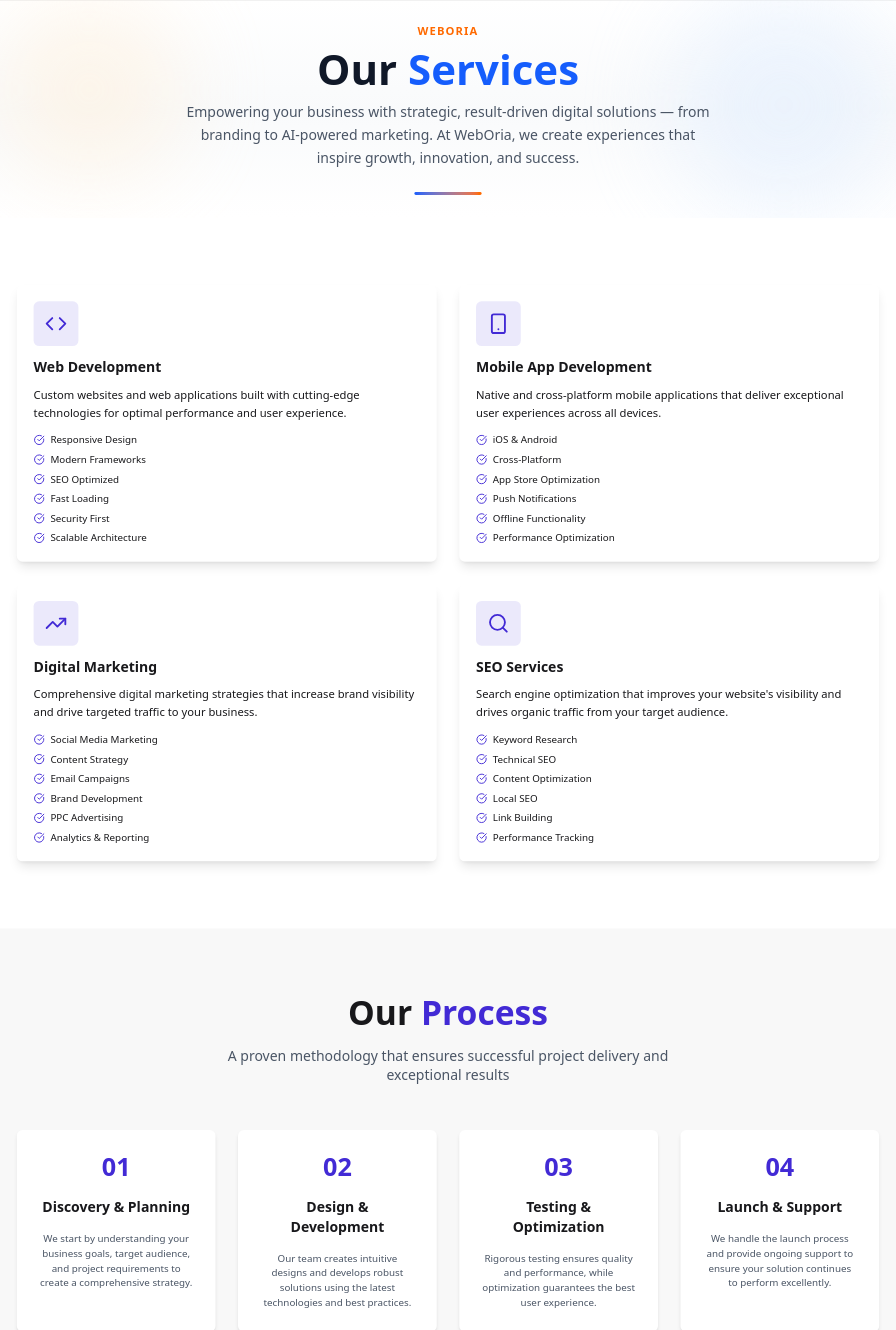
Repository: mdmuhibullahhabib/weboria
Page: /services
The author's editor kept a copy of each file at every save. The page is drawn from the files as they stood at one save, then again after the next save.
The browser window is 1280 px wide. The pictures show the part of the page from y = 589 to 2489 px (the page is 4562 px tall before and 4252 px after), at 70% of full size.
The project was rebuilt for these pictures with package versions that can differ from the ones it lists, and the page was loaded fresh each time. The framework's server and built-in components were replaced by stand-ins that run in the browser. Also part of the build but not shown: next.config.mjs, src/app/services/components/Hero.jsx.

Above is the page before, as saved 2025-10-07 16:55:21.

### src/app/layout.js
import { Geist, Geist_Mono } from "next/font/google";
import "./globals.css";
import Navbar from "@/components/Navbar";
import Footer from "@/components/Footer";
import { Toaster } from "react-hot-toast";
import CustomCursor from "@/components/CustomCursor";

const geistSans = Geist({
  variable: "--font-geist-sans",
  subsets: ["latin"],
});

const geistMono = Geist_Mono({
  variable: "--font-geist-mono",
  subsets: ["latin"],
});

export const metadata = {
  title: "Weboria",
  description: "Digital Marketing Agency",
  icons: "/favicon.ico",
};

export default function RootLayout({ children }) {
  return (
    <html lang="en">
      <body
        className={`${geistSans.variable} ${geistMono.variable} antialiased`}
      >
        <CustomCursor />
        <Navbar />
        <Toaster />
        {children}
        <Footer />
      </body>
    </html>
  );
}

### src/app/services/page.jsx
"use client";
import { Code, Smartphone, TrendingUp, Search, CheckCircle } from 'lucide-react';
import CTASection from '../Home/components/CTASection';
import Service from '../Home/components/Service';
import { motion } from "framer-motion";
import Hero from './components/Hero';

export default function ServicesPage() {
  const services = [
    {
      icon: Code,
      title: "Web Development",
      description: "Custom websites and web applications built with cutting-edge technologies for optimal performance and user experience.",
      features: ["Responsive Design", "Modern Frameworks", "SEO Optimized", "Fast Loading", "Security First", "Scalable Architecture"]
    },
    {
      icon: Smartphone,
      title: "Mobile App Development",
      description: "Native and cross-platform mobile applications that deliver exceptional user experiences across all devices.",
      features: ["iOS & Android", "Cross-Platform", "App Store Optimization", "Push Notifications", "Offline Functionality", "Performance Optimization"]
    },
    {
      icon: TrendingUp,
      title: "Digital Marketing",
      description: "Comprehensive digital marketing strategies that increase brand visibility and drive targeted traffic to your business.",
      features: ["Social Media Marketing", "Content Strategy", "Email Campaigns", "Brand Development", "PPC Advertising", "Analytics & Reporting"]
    },
    {
      icon: Search,
      title: "SEO Services",
      description: "Search engine optimization that improves your website's visibility and drives organic traffic from your target audience.",
      features: ["Keyword Research", "Technical SEO", "Content Optimization", "Local SEO", "Link Building", "Performance Tracking"]
    }
  ];

  const process = [
    {
      step: "01",
      title: "Discovery & Planning",
      description: "We start by understanding your business goals, target audience, and project requirements to create a comprehensive strategy."
    },
    {
      step: "02",
      title: "Design & Development",
      description: "Our team creates intuitive designs and develops robust solutions using the latest technologies and best practices."
    },
    {
      step: "03",
      title: "Testing & Optimization",
      description: "Rigorous testing ensures quality and performance, while optimization guarantees the best user experience."
    },
    {
      step: "04",
      title: "Launch & Support",
      description: "We handle the launch process and provide ongoing support to ensure your solution continues to perform excellently."
    }
  ];

  const benefits = [
    "Dedicated project manager",
    "Regular progress updates",
    "Quality assurance testing",
    "Post-launch support",
    "Scalable solutions",
    "Modern technologies"
  ];

  return (
    <div className="min-h-screen">
          <section
        className="relative bg-cover bg-center text-white py-32"
        style={{
            backgroundImage:
                "linear-gradient(rgba(0,0,0,0.6),rgba(0,0,0,0.6)),url('https://images.unsplash.com/photo-1519389950473-47ba0277781c?auto=format&fit=crop&w=1200&q=80')",
        }}
    >
        <div className="max-w-6xl mx-auto px-6 text-center">
            <h1 className="text-5xl md:text-7xl font-extrabold mb-6 leading-tight">
                Empowering Brands with <br /> Impactful Digital Services
            </h1>
            <p className="text-xl text-gray-200 max-w-3xl mx-auto">
                From strategy to execution, we deliver modern digital solutions that
                accelerate your business growth and brand impact.
            </p>
        </div>
    </section>

     <section className="py-8 bg-gradient-to-b from-white via-gray-50 to-white relative overflow-hidden">
      {/* Decorative Background Blobs */}
      <div className="absolute top-0 left-0 w-64 h-64 bg-orange-100 rounded-full blur-3xl opacity-40 animate-pulse"></div>
      <div className="absolute bottom-0 right-0 w-80 h-80 bg-blue-100 rounded-full blur-3xl opacity-40 animate-pulse"></div>

      {/* Main Content */}
      <div className="relative max-w-7xl mx-auto px-6 text-center">
        <motion.p
          initial={{ opacity: 0, y: 20 }}
          whileInView={{ opacity: 1, y: 0 }}
          transition={{ duration: 0.6 }}
          className="text-orange-500 font-semibold tracking-widest uppercase mb-3"
        >
          WebOria
        </motion.p>

        <motion.h1
          initial={{ opacity: 0, y: 30 }}
          whileInView={{ opacity: 1, y: 0 }}
          transition={{ duration: 0.8 }}
          className="text-4xl md:text-6xl font-extrabold text-gray-900 mb-4"
        >
          Our <span className="text-blue-600">Services</span>
        </motion.h1>

        <motion.p
          initial={{ opacity: 0, y: 20 }}
          whileInView={{ opacity: 1, y: 0 }}
          transition={{ delay: 0.2, duration: 0.7 }}
          className="text-gray-600 text-lg md:text-xl max-w-3xl mx-auto leading-relaxed"
        >
          Empowering your business with strategic, result-driven digital
          solutions — from branding to AI-powered marketing. At WebOria, we
          create experiences that inspire growth, innovation, and success.
        </motion.p>

        <motion.div
          initial={{ scaleX: 0 }}
          whileInView={{ scaleX: 1 }}
          transition={{ delay: 0.4, duration: 0.8 }}
          className="w-24 h-1 bg-gradient-to-r from-blue-600 to-orange-500 mx-auto mt-8 rounded-full origin-left"
        />
      </div>
    </section>

      {/* Services Grid */}
      <section className="py-24 bg-base-100">
        <div className="max-w-7xl mx-auto px-6 grid grid-cols-1 md:grid-cols-2 gap-8">
          {services.map((service, index) => (
            <Service key={index} {...service} />
          ))}
        </div>
      </section>

      {/* Process Section */}
      <section className="py-24 bg-base-200">
        <div className="max-w-7xl mx-auto px-6">
          <div className="text-center mb-16">
            <h2 className="text-3xl md:text-5xl font-bold mb-6">
              Our <span className="text-primary">Process</span>
            </h2>
            <p className="text-lg md:text-xl text-gray-600 max-w-2xl mx-auto">
              A proven methodology that ensures successful project delivery and exceptional results
            </p>
          </div>

          <div className="grid grid-cols-1 md:grid-cols-2 lg:grid-cols-4 gap-8">
            {process.map((item, index) => (
              <div
                key={index}
                className="card bg-base-100 shadow-md hover:shadow-xl transition text-center"
                data-testid={`card-process-${item.step}`}
              >
                <div className="card-body p-8">
                  <div className="text-4xl font-bold text-primary mb-4">{item.step}</div>
                  <h3 className="text-xl font-semibold mb-3">{item.title}</h3>
                  <p className="text-gray-600">{item.description}</p>
                </div>
              </div>
            ))}
          </div>
        </div>
      </section>

      {/* Benefits Section */}
      <section className="py-24 bg-base-100">
        <div className="max-w-7xl mx-auto px-6 grid lg:grid-cols-2 gap-16 items-center">
          <div>
            <h2 className="text-3xl md:text-4xl font-bold mb-6">
              Why Choose <span className="text-primary">Weboria</span>?
            </h2>
            <p className="text-lg text-gray-600 mb-8">
              We're not just another digital agency. We're your partners in success,
              committed to delivering solutions that drive real business results.
            </p>

            <div className="space-y-4">
              {benefits.map((benefit, index) => (
                <div key={index} className="flex items-center">
                  <CheckCircle className="w-6 h-6 text-secondary mr-3" />
                  <span className="text-gray-800 font-medium">{benefit}</span>
                </div>
              ))}
            </div>
          </div>

          <div className="grid grid-cols-2 gap-6">
            <div className="p-6 bg-white rounded-lg shadow text-center">
              <div className="text-3xl font-bold text-primary mb-2">500+</div>
              <p className="text-gray-600">Projects Delivered</p>
            </div>
            <div className="p-6 bg-white rounded-lg shadow text-center">
              <div className="text-3xl font-bold text-primary mb-2">99%</div>
              <p className="text-gray-600">Client Satisfaction</p>
            </div>
            <div className="p-6 bg-white rounded-lg shadow text-center">
              <div className="text-3xl font-bold text-primary mb-2">5+</div>
              <p className="text-gray-600">Years Experience</p>
            </div>
            <div className="p-6 bg-white rounded-lg shadow text-center">
              <div className="text-3xl font-bold text-primary mb-2">24/7</div>
              <p className="text-gray-600">Support Available</p>
            </div>
          </div>
        </div>
      </section>

      {/* CTA Section */}
      <CTASection
        title="Ready to Get Started?"
        subtitle="Let's discuss your project and create a solution that drives your business forward."
        primaryButtonText="Start Your Project"
        secondaryButtonText="Get Free Consultation"
        onPrimaryClick={() => console.log('Navigate to contact form')}
        onSecondaryClick={() => console.log('Schedule free consultation')}
      />
    </div>
  );
}

### src/components/CustomCursor.jsx
"use client"
import { useEffect, useState } from "react";

export default function CustomCursor() {
  const [position, setPosition] = useState({ x: 0, y: 0 });

  useEffect(() => {
    const handleMouseMove = (e) => {
      setPosition({ x: e.clientX, y: e.clientY });
    };

    window.addEventListener("mousemove", handleMouseMove);
    return () => window.removeEventListener("mousemove", handleMouseMove);
  }, []);

  return (
    <div
      className="fixed top-0 left-0 w-3 h-3 bg-red-500 rounded-full pointer-events-none z-[9999] transition-transform duration-100 ease-linear"
      style={{
        transform: `translate(${position.x - 6}px, ${position.y - 6}px)`,
      }}
    ></div>
  );
}

### src/app/Home/components/CTASection.jsx
import { ArrowRight, CheckCircle } from "lucide-react";

export default function CTASection({
  title = "Ready to Transform Your Digital Presence?",
  subtitle = "Join hundreds of successful businesses that trust Weboria to deliver exceptional digital solutions.",
  benefits = [
    "Free consultation and project planning",
    "Dedicated project manager",
    "30-day money-back guarantee",
    "Ongoing support and maintenance",
  ],
  primaryButtonText = "Start Your Project",
  secondaryButtonText = "Schedule a Call",
  onPrimaryClick,
  onSecondaryClick,
}) {
  const handlePrimaryClick = () => {
    console.log("Primary CTA clicked");
    onPrimaryClick?.();
  };

  const handleSecondaryClick = () => {
    console.log("Secondary CTA clicked");
    onSecondaryClick?.();
  };

  return (
    <section className="py-24 bg-gradient-to-br from-primary to-secondary">
      <div className="max-w-7xl mx-auto px-4 sm:px-6 lg:px-8">
        <div className="max-w-4xl mx-auto text-center">
          {/* Title */}
          <h2 className="text-3xl md:text-4xl lg:text-5xl font-bold text-white mb-6">
            {title}
          </h2>

          {/* Subtitle */}
          <p className="text-xl text-white/90 mb-8 max-w-2xl mx-auto leading-relaxed">
            {subtitle}
          </p>

          {/* Benefits List */}
          <div className="grid grid-cols-1 md:grid-cols-2 gap-4 mb-12 max-w-2xl mx-auto">
            {benefits.map((benefit, index) => (
              <div key={index} className="flex items-center text-white/90">
                <CheckCircle className="w-5 h-5 text-accent mr-3 flex-shrink-0" />
                <span>{benefit}</span>
              </div>
            ))}
          </div>

          {/* CTA Buttons */}
          <div className="flex flex-col sm:flex-row gap-4 justify-center items-center">
            {/* Primary Button */}
            <button
              className="btn btn-primary flex items-center px-8 py-4 text-lg"
              onClick={handlePrimaryClick}
              data-testid="button-cta-primary"
            >
              {primaryButtonText}
              <ArrowRight className="ml-2 w-5 h-5" />
            </button>

            {/* Secondary Button */}
            <button
              className="btn btn-outline btn-white flex items-center px-8 py-4 text-lg"
              onClick={handleSecondaryClick}
              data-testid="button-cta-secondary"
            >
              {secondaryButtonText}
            </button>
          </div>
        </div>
      </div>
    </section>
  );
}

### src/app/Home/components/Service.jsx

import { CheckCircle } from "lucide-react";

// Service card component
export default function Service({ icon: Icon, title, description, features = [] }) {
  return (
    <div className="h-full bg-base-100 shadow-lg rounded-lg p-6 flex flex-col transition-all duration-300 hover:scale-105 hover:shadow-xl">
      {/* Icon */}
      {Icon && (
        <div className="flex items-center justify-center w-16 h-16 bg-primary/10 rounded-lg mb-4">
          <Icon className="w-8 h-8 text-primary" />
        </div>
      )}

      {/* Title */}
      <h3 className="text-xl font-semibold mb-3 text-foreground">{title}</h3>

      {/* Description */}
      <p className="text-muted-foreground mb-4 leading-relaxed">{description}</p>

      {/* Features */}
      {features.length > 0 && (
        <ul className="space-y-2 mt-auto">
          {features.map((feature, index) => (
            <li key={index} className="flex items-center text-sm text-muted-foreground">
              <CheckCircle className="w-4 h-4 text-primary mr-2 flex-shrink-0" />
              {feature}
            </li>
          ))}
        </ul>
      )}
    </div>
  );
}

### src/components/Button.jsx
// Button.jsx
"use client";

import { ArrowBigRight } from "lucide-react";
import Link from "next/link";

export default function Button({ text, href = "#", className = "" }) {
  return (
    <Link
      href={href}
      className={`
        relative inline-flex items-center overflow-hidden group rounded-md font-semibold
        bg-gray-200 text-gray-700 border-none hover:bg-gray-300 transition-colors
        ${className}
      `}
    >
      {/* বাম পাশে আইকন বক্স */}
      <span
        className="
          absolute left-0 top-0 h-full w-12 flex items-center justify-center
          bg-gray-900 text-white text-xl font-bold z-20
        "
      >
        <ArrowBigRight />
      </span>

      {/* মূল টেক্সট */}
      <span
        className="
          relative z-20 py-3 px-6 pl-16 transition-colors
          group-hover:text-gray-900
        "
      >
        {text}
      </span>

      {/* Hover effect (Sky Blue wipe) */}
      <span
        className="
          absolute top-0 left-0 w-0 h-full bg-sky-400
          group-hover:w-full transition-all duration-300 ease-out z-10
        "
      />
    </Link>
  );
}

Loaded but not shown: src/app/globals.css (common file); src/components/Navbar.jsx (193 lines, source omitted); src/components/Footer.jsx (191 lines, source omitted)

After the next save:
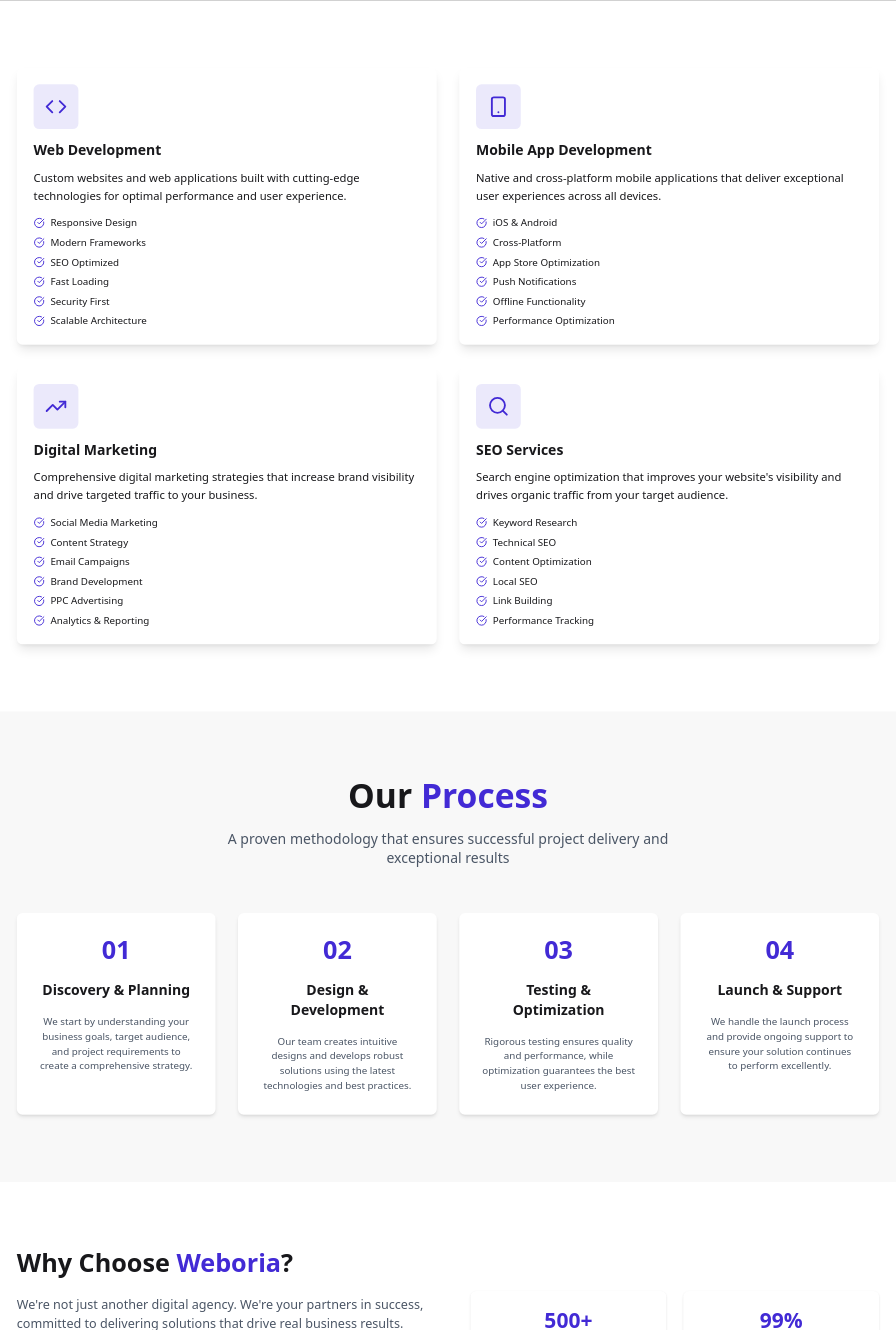
Saved 21 s later.
--- a/src/app/services/page.jsx
+++ b/src/app/services/page.jsx
@@ -85,50 +85,6 @@ export default function ServicesPage() {
         </div>
     </section>
 
-     <section className="py-8 bg-gradient-to-b from-white via-gray-50 to-white relative overflow-hidden">
-      {/* Decorative Background Blobs */}
-      <div className="absolute top-0 left-0 w-64 h-64 bg-orange-100 rounded-full blur-3xl opacity-40 animate-pulse"></div>
-      <div className="absolute bottom-0 right-0 w-80 h-80 bg-blue-100 rounded-full blur-3xl opacity-40 animate-pulse"></div>
-
-      {/* Main Content */}
-      <div className="relative max-w-7xl mx-auto px-6 text-center">
-        <motion.p
-          initial={{ opacity: 0, y: 20 }}
-          whileInView={{ opacity: 1, y: 0 }}
-          transition={{ duration: 0.6 }}
-          className="text-orange-500 font-semibold tracking-widest uppercase mb-3"
-        >
-          WebOria
-        </motion.p>
-
-        <motion.h1
-          initial={{ opacity: 0, y: 30 }}
-          whileInView={{ opacity: 1, y: 0 }}
-          transition={{ duration: 0.8 }}
-          className="text-4xl md:text-6xl font-extrabold text-gray-900 mb-4"
-        >
-          Our <span className="text-blue-600">Services</span>
-        </motion.h1>
-
-        <motion.p
-          initial={{ opacity: 0, y: 20 }}
-          whileInView={{ opacity: 1, y: 0 }}
-          transition={{ delay: 0.2, duration: 0.7 }}
-          className="text-gray-600 text-lg md:text-xl max-w-3xl mx-auto leading-relaxed"
-        >
-          Empowering your business with strategic, result-driven digital
-          solutions — from branding to AI-powered marketing. At WebOria, we
-          create experiences that inspire growth, innovation, and success.
-        </motion.p>
-
-        <motion.div
-          initial={{ scaleX: 0 }}
-          whileInView={{ scaleX: 1 }}
-          transition={{ delay: 0.4, duration: 0.8 }}
-          className="w-24 h-1 bg-gradient-to-r from-blue-600 to-orange-500 mx-auto mt-8 rounded-full origin-left"
-        />
-      </div>
-    </section>
 
       {/* Services Grid */}
       <section className="py-24 bg-base-100">
